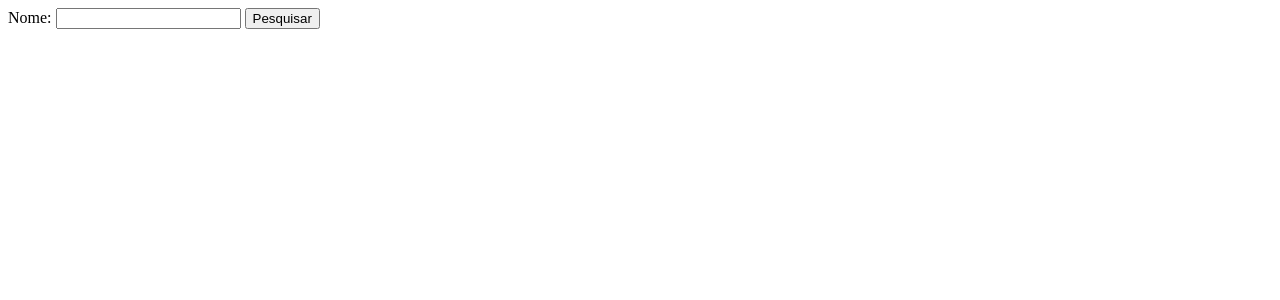
Repository: nandolupe/fiap-pos
Page: http://localhost/exerciciosweb/teste.jsp
These files come from the project's save history. The page is drawn as it stood at one moment and after the next save; the edit follows.
The browser window is 1280 px wide. The pictures show the whole page.
The page is served by Tomcat 9. Other server files are loaded and not shown.

Above is the page before, as saved 2014-04-09 16:51:05.

### workspace_exercicios/exerciciosweb/WebContent/teste.jsp
<%@ page language="java" contentType="text/html; charset=ISO-8859-1"
    pageEncoding="ISO-8859-1"%>
<!DOCTYPE html PUBLIC "-//W3C//DTD HTML 4.01 Transitional//EN" "http://www.w3.org/TR/html4/loose.dtd">
<html>
<head>
<meta http-equiv="Content-Type" content="text/html; charset=ISO-8859-1">
<title>Insert title here</title>
</head>
<body>
Nome: <input type="text" name="nome" id="nome" />
<input type="button" value="Pesquisar" />
</body>
</html>

After the next save:
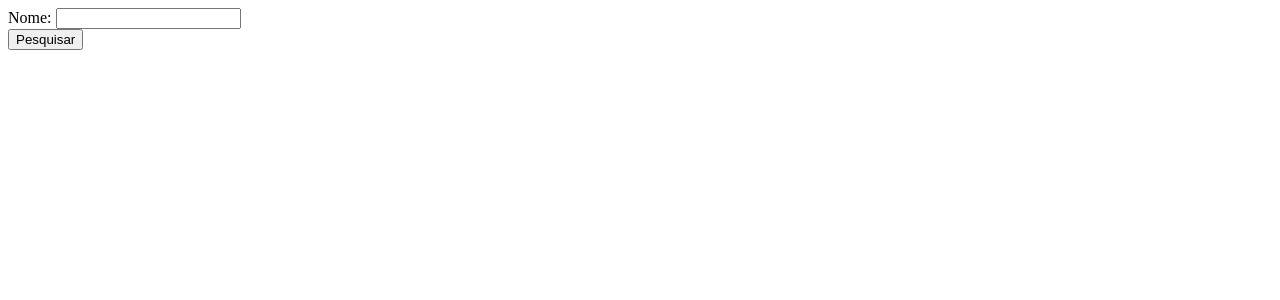
Saved 9 s later.
--- a/workspace_exercicios/exerciciosweb/WebContent/teste.jsp
+++ b/workspace_exercicios/exerciciosweb/WebContent/teste.jsp
@@ -7,7 +7,7 @@
 <title>Insert title here</title>
 </head>
 <body>
-Nome: <input type="text" name="nome" id="nome" />
+Nome: <input type="text" name="nome" id="nome" /><br />
 <input type="button" value="Pesquisar" />
 </body>
 </html>
